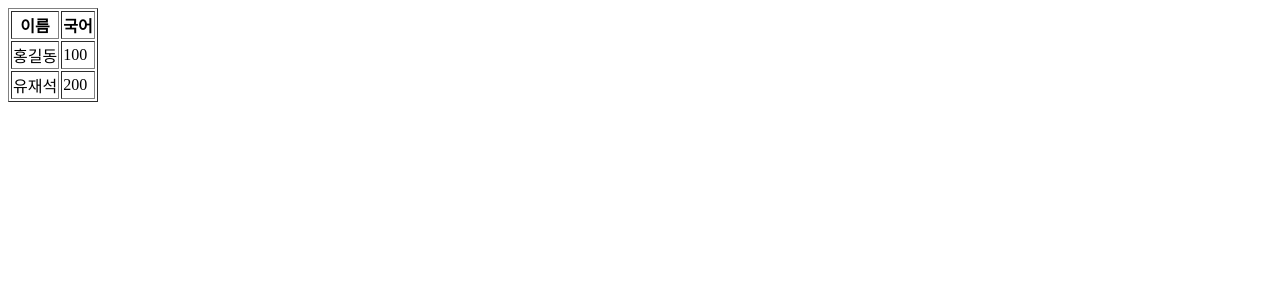
Repository: kisunssong/jsp
Page: http://localhost/test/day4.jsp
The author's editor kept a copy of each file at every save. The page is drawn from the files as they stood at one save, then again after the next save.
The browser window is 1280 px wide. The pictures show the whole page.
The page is served by Tomcat 9.

Above is the page before, as saved 2020-11-14 11:56:58.

After the next save:
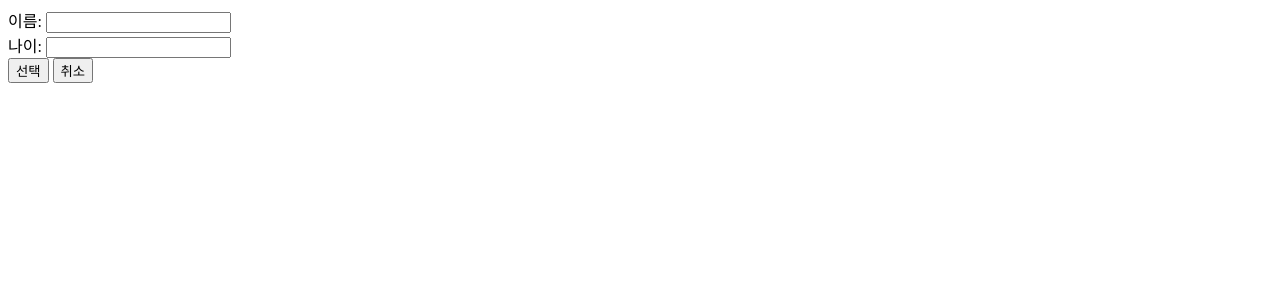
Saved 3 min 30 s later.
--- a/test/WebContent/day4.jsp
+++ b/test/WebContent/day4.jsp
@@ -2,16 +2,14 @@
     pageEncoding="EUC-KR"%>
 <html>
 <head>
-  <title>include지시어</title>
+  <title>값입력</title>
 </head>
 <body>
-  <table border="1">
-    <tr>
-	  <th>이름</th>
-	  <th>국어</th>
-	</tr>
-	<%@ include file="test2.jsp" %>
-	<!-- 소스를 가져와서 여기에서 컴파일을 한다. -->
-  </table>
+  <form name="f" action="testR.jsp" method="get">
+   이름: <input type="text" name="name"><br>
+   나이: <input type="text" name="age"><br>
+   <input type="submit" value="선택">
+   <input type="reset" value="취소">
+  </form>
 </body>
 </html>
